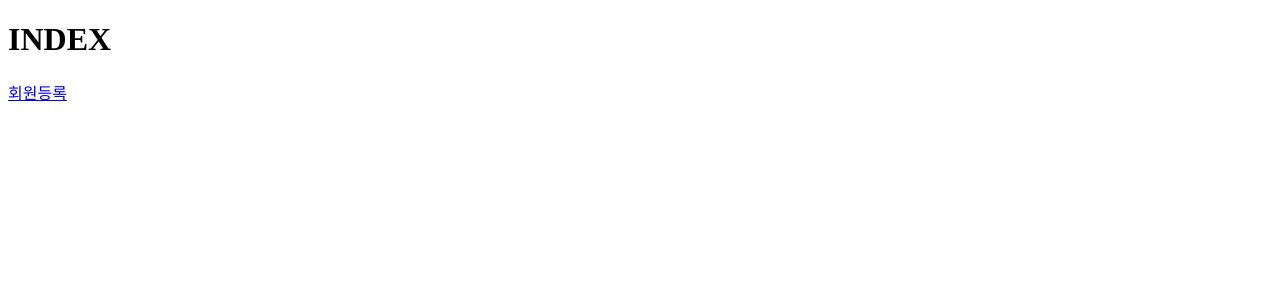
Repository: gitgw016/jsp
Page: 03_servlet_multi_param/src/main/webapp/index.html
The author's editor kept a copy of each file at every save. The page is drawn from the files as they stood at one save, then again after the next save.
The browser window is 1280 px wide. The pictures show the whole page.

Above is the page before, as saved 2021-12-07 04:47:47.

### 03_servlet_multi_param/src/main/webapp/index.html
<!DOCTYPE html>
<html>
<head>
<meta charset="UTF-8">
<title>index.html</title>
</head>
<body>
	<h1>INDEX</h1>
	<a href="memReg.html"">회원등록</a><br/>

</body>
</html>

After the next save:
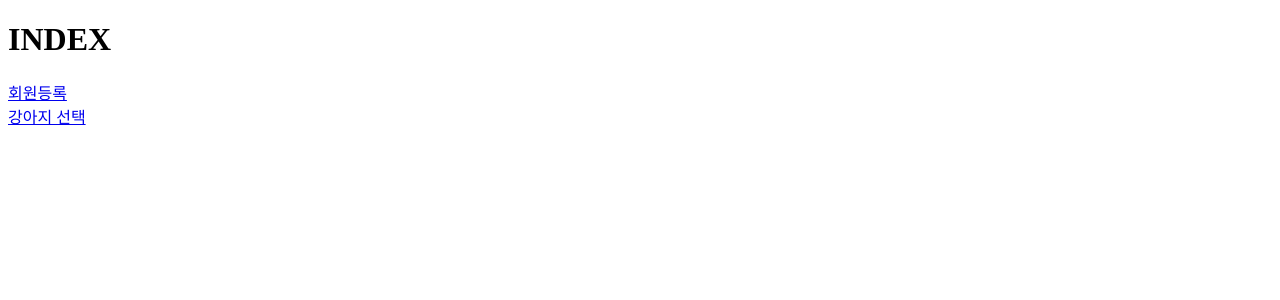
Saved 16 s later.
--- a/03_servlet_multi_param/src/main/webapp/index.html
+++ b/03_servlet_multi_param/src/main/webapp/index.html
@@ -7,6 +7,6 @@
 <body>
 	<h1>INDEX</h1>
 	<a href="memReg.html"">회원등록</a><br/>
-
+	<a href="choiceDog.html">강아지 선택</a>
 </body>
 </html>
